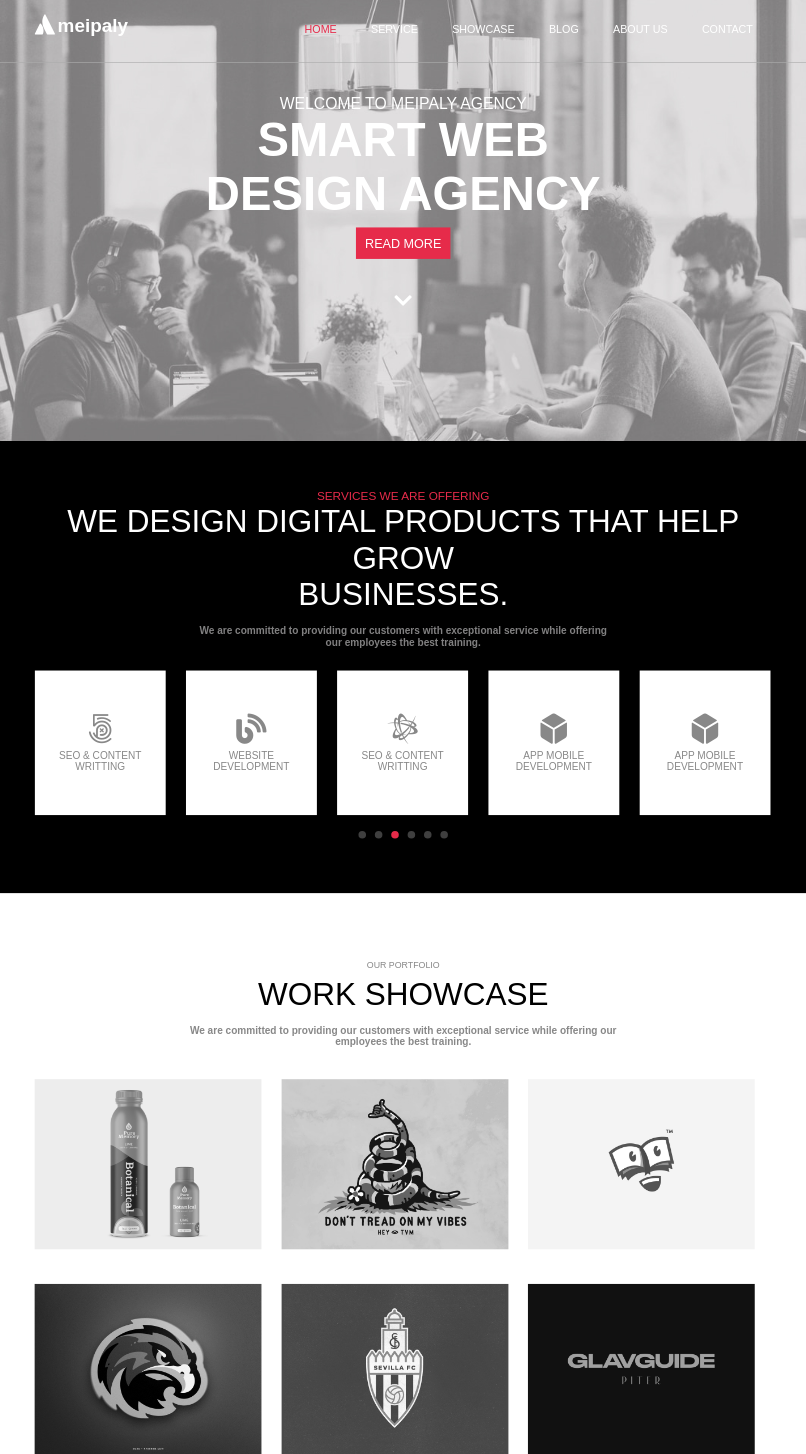
Repository: ToanNguyenThai/Meipaly
Page: index.html
These files come from the project's save history. The page is drawn as it stood at one moment and after a run of saves; the edit follows.
The browser window is 1280 px wide. The pictures show the whole page, at 63% of full size.

Above is the page before, as saved 2021-12-11 01:27:46.

### index.html
<!DOCTYPE html>
<html lang="en">

<head>
    <meta charset="UTF-8">
    <meta http-equiv="X-UA-Compatible" content="IE=edge">
    <meta name="viewport" content="width=device-width, initial-scale=1.0">
    <link rel="stylesheet" href="https://cdnjs.cloudflare.com/ajax/libs/font-awesome/5.15.4/css/all.min.css" />

    <link rel="stylesheet" href="owlcarousel/assets/owl.carousel.min.css">
    <link rel="stylesheet" href="owlcarousel/assets/owl.theme.default.min.css">
    <script src="https://code.jquery.com/jquery-3.6.0.min.js"></script>
    <script src="owlcarousel/owl.carousel.min.js"></script>

    <title>Meipaly</title>
    <link rel="stylesheet" href="/css/style.css">
</head>

<body>
    <header>
        <div class="header__content">
            <div class="header__logo">
                <a href="#">
                    <i class="fab fa-atlassian fa-2x"></i>
                    <span>meipaly</span>
                </a>
            </div>
            <nav>
                <ul>
                    <li class="active">
                        <a href="#">home</a>
                    </li>
                    <li>
                        <a href="#">service</a>
                    </li>
                    <li>
                        <a href="#">showcase</a>
                    </li>
                    <li>
                        <a href="#">blog</a>
                    </li>
                    <li>
                        <a href="#">about us</a>
                    </li>
                    <li>
                        <a href="#">contact</a>
                    </li>
                </ul>
            </nav>
        </div>
    </header>
    <section class="carousel">
        <div class="carousel__content">
            <h3>WELCOME TO MEIPALY AGENCY</h3>
            <h1>SMART WEB</h1>
            <h1>DESIGN AGENCY</h1>
            <div class="btn-area">
                <button>READ MORE</button>
            </div>
            <div class="scroll__arrow">
                <i class="fas fa-chevron-down fa-2x"></i>
            </div>

        </div>

    </section>

    <script>
        $(document).ready(function () {
            $('.owl-carousel').owlCarousel({
                autoplay: true,
                autoplayTimeout: 2000,
                autoplayHoverPause: true,
                loop: true,
                dots: true ,// if you don't want dots, change to false
                dotsEach: true,
                margin: 30,
                responsiveClass: true,
                responsive: {
                    0: {

                        items: 1
                    },
                    1000: {
                        items: 3,
                    },
                    1217: {
                        items: 5
                    }
                }
            })
        });
    </script>

    <section class="service">
        <div class="service__content">
            <h3>SERVICES WE ARE OFFERING</h3>
            <h1>WE DESIGN DIGITAL PRODUCTS THAT HELP GROW <br> BUSINESSES.</h1>
            <p>We are committed to providing our customers with exceptional service while offering <br>
                our employees the best training.</p>
            <div class="service__carousel">
                <div class="owl-carousel owl-theme">
                    <div class="carousel__item">
                        <i class="fa fa-dice-d6 fa-3x"></i>
                        <h3>APP MOBILE <br> DEVELOPMENT</h3>
                    </div>
                    <div class="carousel__item">
                        <i class="fab fa-autoprefixer fa-3x"></i>
                        <h3>DIGITAL<br> MARKETING</h3>
                    </div>
                    <div class="carousel__item">
                        <i class="fab fa-500px fa-3x"></i>
                        <h3>SEO & CONTENT <br> WRITTING</h3>
                    </div>
                    <div class="carousel__item">
                        <i class="fa fa-blog fa-3x"></i>
                        <h3> WEBSITE <br> DEVELOPMENT</h3>
                    </div>
                    <div class="carousel__item">
                        <i class="fab fa-battle-net fa-3x"></i>
                        <h3>SEO & CONTENT <br> WRITTING</h3>
                    </div>
                    <div class="carousel__item">
                        <i class="fa fa-dice-d6 fa-3x"></i>
                        <h3>APP MOBILE <br> DEVELOPMENT</h3>
                    </div>

                </div>

            </div>

        </div>


    </section>

    <section class="portfolio">
        <div class="portfolio__content">
            <h3>our portfolio</h3>
            <h1>work showcase</h1>
            <p>We are committed to providing our customers with exceptional service while offering our <br>
                employees the best training.</p>
            <div class="portfolio__content__img">
                <div class="content__container">
                    <img src="../img/showcase_img_1.webp" alt="">
                    <div class="overlay">
                        <div class="zoom">
                            <a href="">
                                <i class="fas fa-search-plus"></i>
                            </a>
                        </div>
                        <div class="description">
                            <h3>LOGO</h3>
                            <h2>FLIPPIN BIRD</h2>
                        </div>
                    </div>

                </div>
                <div class="content__container">
                    <img src="../img/showcase_img_2.webp" alt="">
                    <div class="overlay">
                        <div class="zoom">
                            <a href="">
                                <i class="fas fa-search-plus"></i>
                            </a>
                        </div>
                        <div class="description">
                            <h3>LOGO</h3>
                            <h2>FLIPPIN BIRD</h2>
                        </div>
                    </div>

                </div>
                <div class="content__container">
                    <img src="../img/showcase_img_3.webp" alt="">
                    <div class="overlay">
                        <div class="zoom">
                            <a href="">
                                <i class="fas fa-search-plus"></i>
                            </a>
                        </div>
                        <div class="description">
                            <h3>LOGO</h3>
                            <h2>FLIPPIN BIRD</h2>
                        </div>
                    </div>

                </div>
                <div class="content__container">
                    <img src="../img/showcase_img_5.webp" alt="">
                    <div class="overlay">
                        <div class="zoom">
                            <a href="">
                                <i class="fas fa-search-plus"></i>
                            </a>
                        </div>
                        <div class="description">
                            <h3>LOGO</h3>
                            <h2>FLIPPIN BIRD</h2>
                        </div>
                    </div>

                </div>
                <div class="content__container">
                    <img src="../img/showcase_img_6.webp" alt="">
                    <div class="overlay">
                        <div class="zoom">
                            <a href="">
                                <i class="fas fa-search-plus"></i>
                            </a>
                        </div>
                        <div class="description">
                            <h3>LOGO</h3>
                            <h2>FLIPPIN BIRD</h2>
                        </div>
                    </div>

                </div>
                <div class="content__container">
                    <img src="../img/showcase_img_7.webp" alt="">
                    <div class="overlay">
                        <div class="zoom">
                            <a href="">
                                <i class="fas fa-search-plus"></i>
                            </a>
                        </div>
                        <div class="description">
                            <h3>LOGO</h3>
                            <h2>FLIPPIN BIRD</h2>
                        </div>
                    </div>

                </div>

            </div>
        </div>
    </section>
</body>

</html>

### css/style.css
*{
    box-sizing: border-box;
    margin: 0;
    padding: 0;
    font-family: "Oswald", sans-serif;
    text-decoration: none;
}
header {
    width: 100%;
    height: 100px;
    position: absolute;
    border-bottom: 1px solid #adadad;
}
header .header__content{
    width: 100%;
    max-width: 1170px;
    margin: 0 auto;
    display: flex;
    justify-content: space-between;
    align-items: center;
}
.header__logo{
    margin-top: 23px;
}
.header__logo a{
    text-decoration: none;
    color: white;
}
.header__logo a span{
    font-size: 30px;
    font-weight: 700;
}
.header__content nav ul li{
    list-style-type: none;
    display: inline-block;
    text-transform: uppercase;
    font-size: 17px;
    margin-top: 35px;
    margin-left: 20px;
    margin-right: 30px;
}
.header__content nav ul li.active a{
    color : #e62b4a;
}
.header__content nav ul li a{
    color: white;
    transition: all 0.5s;
}
.header__content nav ul li a:hover{
    color : #e62b4a;
}

.carousel{
    height: 700px;
    background-image: url("../img/home_slider.jpg");
    background-size: cover;
    background-position: center;
    display: flex;
    justify-content: center;
}
.carousel__content{
    margin-top: 150px;
}
.carousel__content h1, .carousel__content h3{
    text-align: center;
    color: white;
}
.carousel__content h1{
    font-size: 75px;
}

.carousel__content h3{
    font-size: 25px;
}
.carousel__content .btn-area{
    margin-top: 10px;
    display: flex;
    justify-content: center;
}
.carousel__content .btn-area button{
    width: 150px;
    height: 50px;
    font-size: 20px;
    background-color: #e62b4a;
    outline: none;
    border : none;
    color: white;
    cursor: pointer;
    transition: all 0.5s;
}

.carousel__content .btn-area button:hover{
    filter: grayscale(30%);
}
.carousel__content .scroll__arrow{
    display: flex;
    justify-content: center;
    margin-top: 50px;
}
.carousel__content .scroll__arrow i{
    color: white;
}

/* --------------------- */

.service{
    width: 100%;
    height: 100%;
    height: 717.6px;
    background-color: black;
    display: flex;
    justify-content: center;
    align-items: center;
}
.service__content{
    margin: 0 auto;
    width: 100%;
    max-width: 1170px;
}
.service__content h3, .service__content h1, .service__content p{
    text-align: center;

}

.service__content h3{
    color: #e62b4a;
    font-weight: normal;
}
.service__content h1{
    font-size: 50px;
    font-weight: normal;
    color: white;
}
.service__content p{
    color: #818081;
    font-weight: 600;
    margin-top: 20px;
}

.service__carousel{
    margin: 0 auto;
    margin-top: 35px;
    width: 100%;
    max-width: 1170px;
}
.carousel__item{
    width: 208px;
    height: 230px;
    background-color: #fff;
    display: flex;
    flex-direction: column;
    justify-content: center;
    align-items: center;
    color: #888888;
}
.carousel__item h3{
    color: #888888;
    font-size: 16px;
    padding-top: 10px;
}
.owl-theme .owl-dots .owl-dot{
    margin-top: 10px;
}
.owl-theme .owl-dots .owl-dot span {
    width: 12px;
    height: 12px;
    background: #3f3f3f;
}
.owl-theme .owl-dots .owl-dot.active span, .owl-theme .owl-dots .owl-dot:hover span{
    background: #e62b4a;
}

/* --------------------- */


.portfolio{
    width: 100%;
    height: 100%;
    height: 800px;
    background-color: #ffffff;
    display: flex;
    justify-content: center;

}
.portfolio__content{
    margin: 0 auto;
    width: 100%;
    max-width: 1170px;
}
.portfolio__content h1, h3{
    text-transform: uppercase;
}
.portfolio__content h1, h3, p {
    text-align: center;
    font-weight: normal;
}
.portfolio__content h3{

    color: #888888;
    font-size: 14px;
    margin-top: 105px;
}
.portfolio__content h1{
    margin-top: 10px;
    font-size: 50px;
}
.portfolio__content p{
    margin-top: 20px;
    font-weight: 600;
    font-size: 16px;
    color: #888888;
}
.portfolio__content__img{

    display: grid;
    grid-template-columns: repeat(3, 1fr);
    gap: 5px;

}
.content__container{
    width: 360px;
    height: 270px;
    margin-top: 50px;
    position: relative;
}
.content__container:hover .overlay{
    opacity: 1;
}

.content__container:hover .zoom {
    transform: translateY(0);
}
.overlay{
    width: 100%;
    height: 100%;
    position: absolute;
    top: 0;
    left: 0;
    background-color: rgba(230, 43, 74, 0.6);
    opacity: 0;
    transition: all 0.5s;
}
.content__container img{
    width: 100%;
    position: absolute;
    filter: grayscale(100%);
}
.content__container .zoom{
    position: absolute;
    width: 35px;
    height: 35px;
    top: 20px;
    right: 20px;
    background-color: white;
    transform: translateY(20px);
    transition: all 0.4s;
}
.content__container .zoom a i{
    width: 35px;
    height: 35px;
    text-align: center;
    line-height: 35px;
    text-decoration: none;
    color : black;
    transition: all 0.4s;
}
.content__container .zoom a i:hover{
    background-color: black;
    color: white;
}


.content__container .description{
    transform: translateY(20px);
    position: absolute;
    top: 180px;
    left: 20px;
    font-size: 20px;
}

.content__container .description h2, .content__container .description h3{
    margin: 0;
    text-align: left;
}
.content__container .description h3{

    color: #888888;
    font-size: 16px;
}
.content__container .description h2{
    font-size: 18.72px;
    color: white;
}

Loaded but not shown: owlcarousel/assets/owl.carousel.min.css (library); owlcarousel/assets/owl.theme.default.min.css (common file); owlcarousel/owl.carousel.min.js (library)

After the next 2 saves:
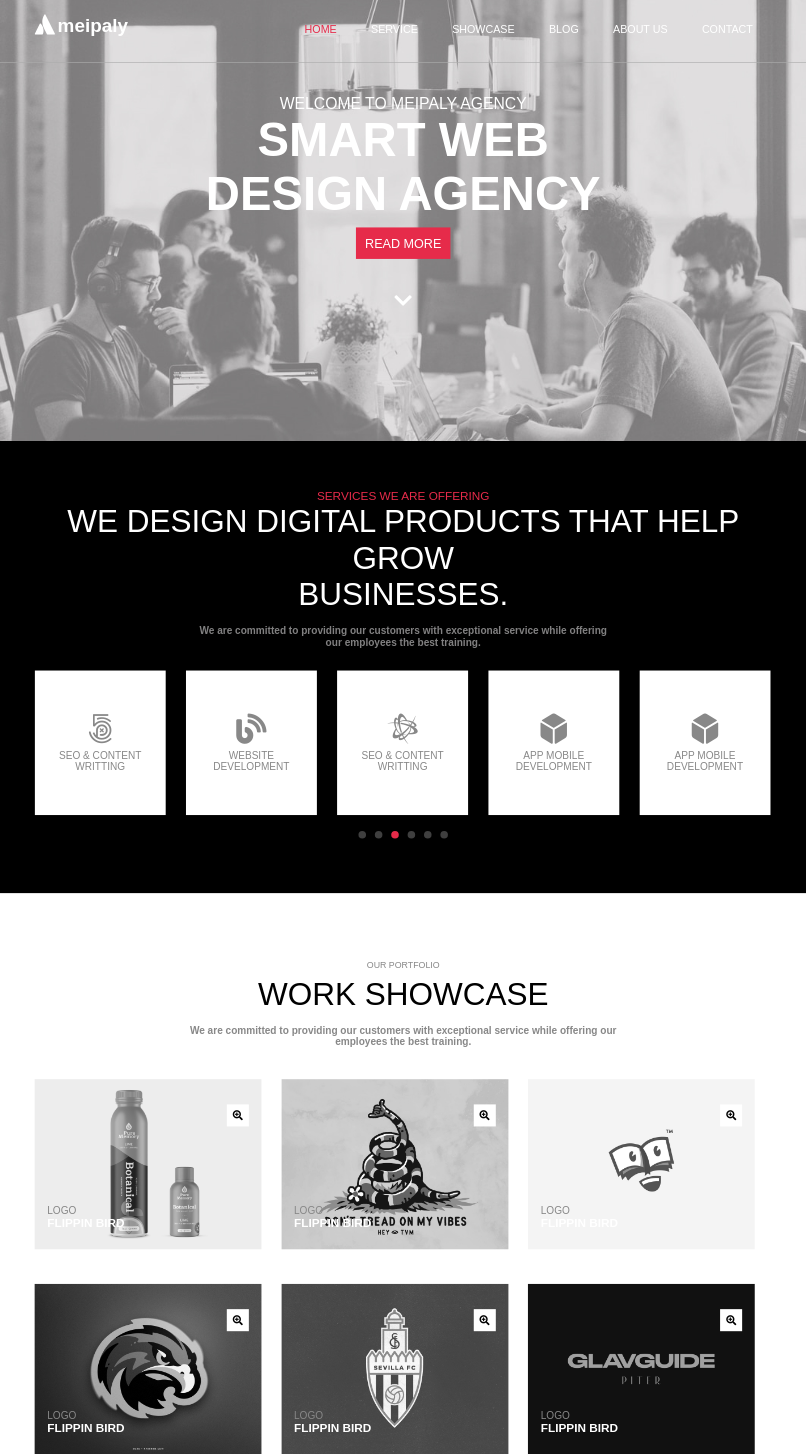
The 2 saves are shown as one change because they came seconds apart.
The last was saved 30 s later.
--- a/css/style.css
+++ b/css/style.css
@@ -227,7 +227,7 @@
     opacity: 1;
 }
 
-.content__container:hover .zoom {
+.content__container:hover .content__container .zoom
     transform: translateY(0);
 }
 .overlay{

After the 2 saves that followed:
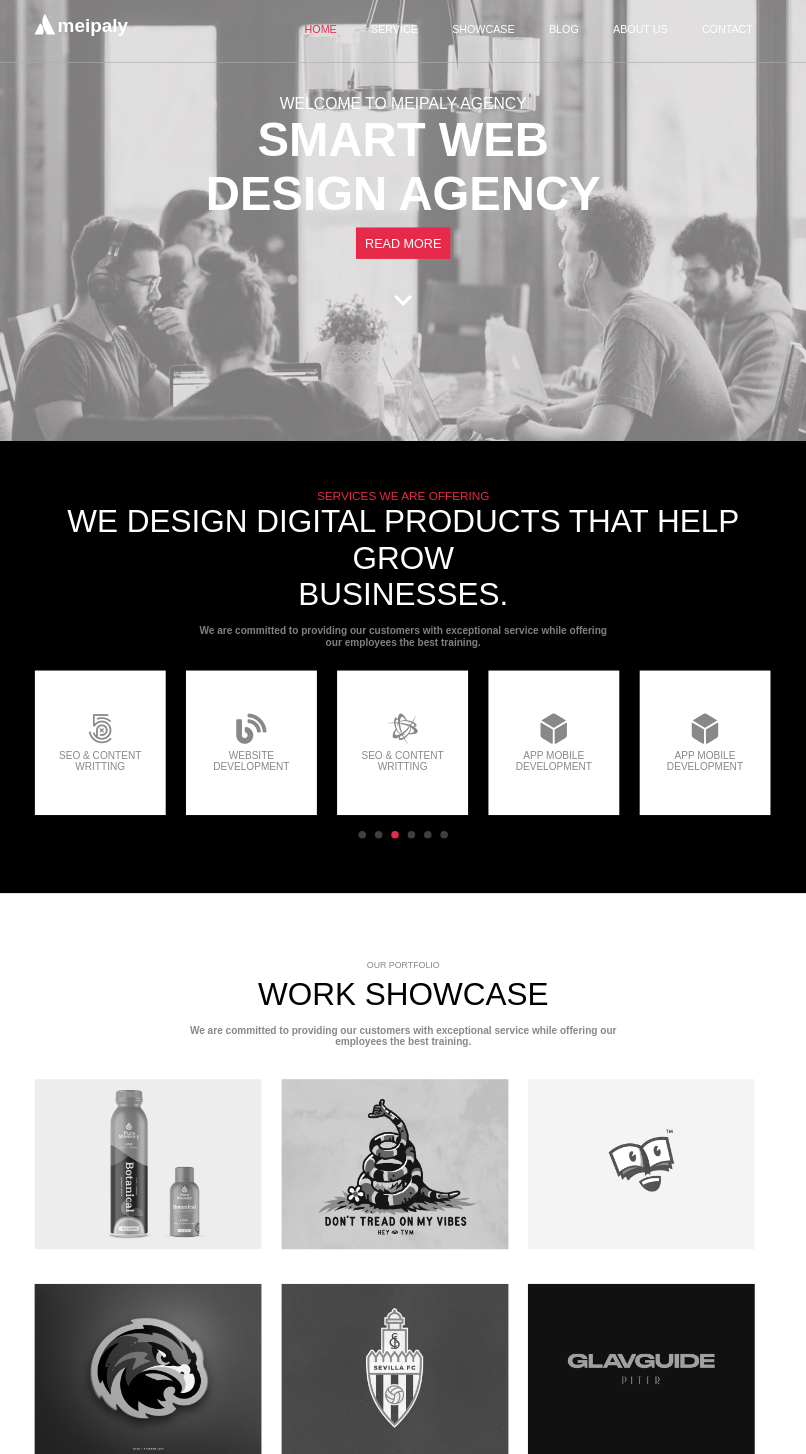
The 2 saves are shown as one change because 1 left the picture as it was.
The last was saved 23 s later.
--- a/css/style.css
+++ b/css/style.css
@@ -227,7 +227,7 @@
     opacity: 1;
 }
 
-.content__container:hover .content__container .zoom
+.content__container:hover .zoom, .content__container:hover .description{
     transform: translateY(0);
 }
 .overlay{
